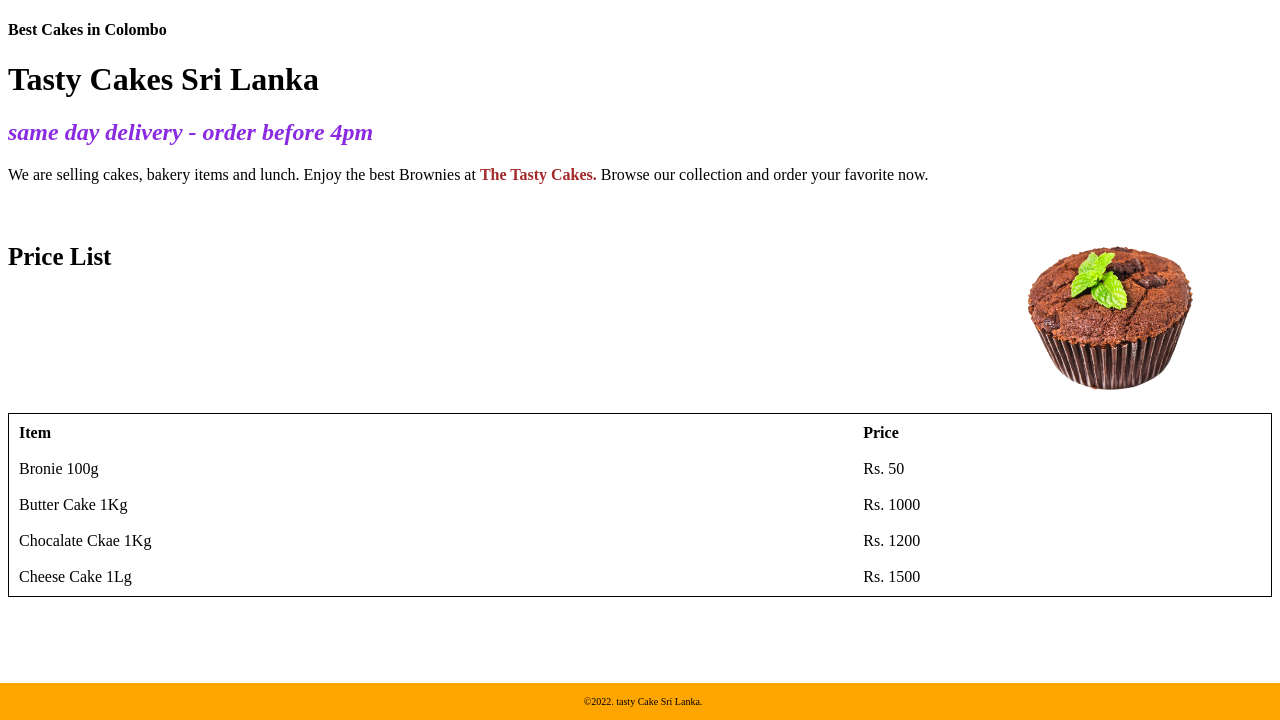
Repository: DhananjayaLakshan/Uom-Web_Design_For_Beginners
Page: work01/index.html
The author's editor kept a copy of each file at every save. The page is drawn from the files as they stood at one save, then again after the next save.
The browser window is 1280 px wide. The pictures show the whole page.

Above is the page before, as saved 2023-11-24 18:32:07.

### work01/index.html
<!DOCTYPE html>
<html lang="en">
<head>
    <title>Tasty Cakes Sri Lanka</title>
    <link rel="stylesheet" type="text/css" href="styles.css">
</head>
<body>
    <h4>Best Cakes in Colombo</h4>
    <h1>Tasty Cakes Sri Lanka</h1>

    <h2 class="tagline">same day delivery - order before 4pm </h2>
    <p>We are selling cakes, bakery items and lunch. Enjoy the best Brownies at <strong style="color: brown;"> The Tasty Cakes.</strong>
        Browse our collection and order your favorite now.</p>

    <img src="image-01.png" width="320px" alt="cake picture"><br>


    <table>
        <p class="pricetopic">Price List</p>

        <tr>
            <th>Item</th>
            <th>Price</th>
        </tr>

        <tr>
            <td>Bronie 100g</td>
            <td>Rs. 50</td>
        </tr>

        <tr>
            <td>Butter Cake 1Kg</td>
            <td>Rs. 1000</td>
        </tr>

        <tr>
            <td>Chocalate Ckae 1Kg</td>
            <td>Rs. 1200</td>
        </tr>

        <tr>
            <td>Cheese Cake 1Lg</td>
            <td>Rs. 1500</td>
        </tr>

    </table>

    <footer>
        <p>&copy;2022. tasty Cake Sri Lanka.</p>
    </footer>


</body>
</html>

### work01/styles.css
.tagline{
    color: blueviolet;
    font-style: italic;
}

img{
    float: right;
}

.pricetopic{
    font-size: 25px;
    font-weight: bold;
}

table{
    border: 1px solid black;
    width: 100%;

}

td,th{
    text-align: left;
    padding: 8px;
}

footer{
    text-align: center;
    font-family: 'Times New Roman', Times, serif;
    font-size: 10px;
    padding: 3px;
    background-color: orange;
    color:black;
    position: fixed;
    bottom: 0;
    left: 0;
    width: 100%;

}

After the next save:
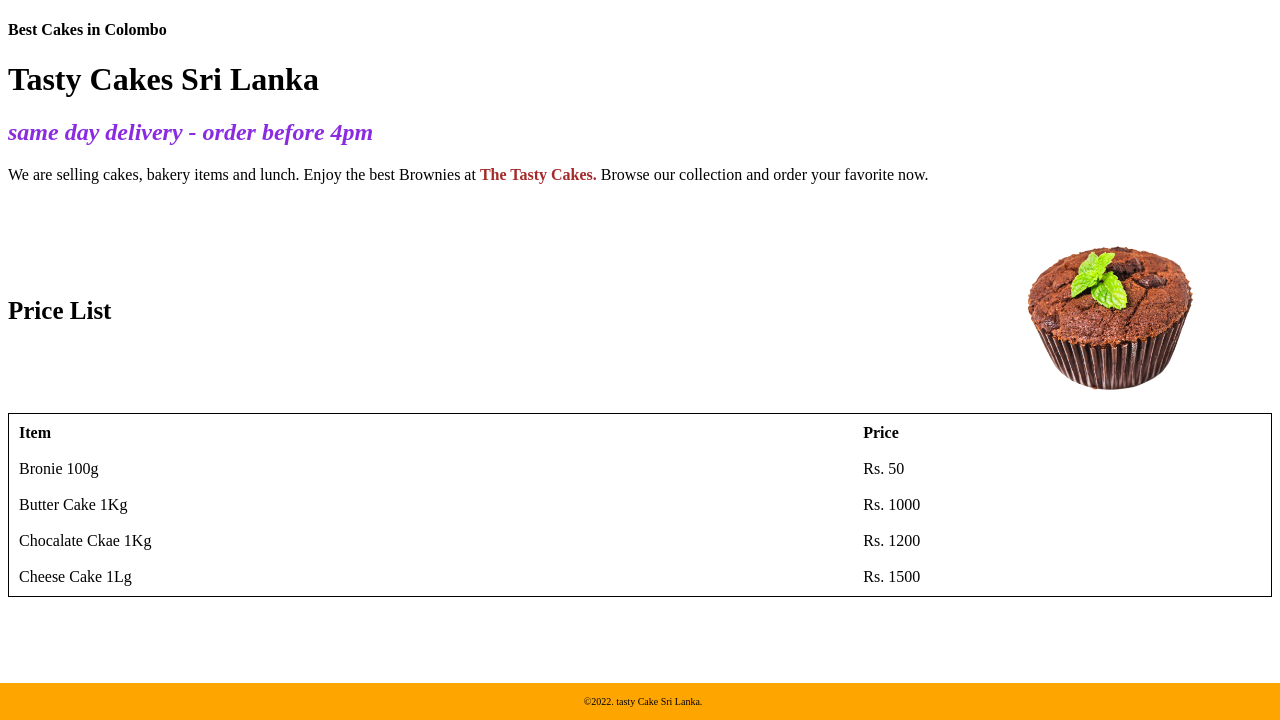
Saved 8 s later.
--- a/work01/index.html
+++ b/work01/index.html
@@ -12,7 +12,7 @@
     <p>We are selling cakes, bakery items and lunch. Enjoy the best Brownies at <strong style="color: brown;"> The Tasty Cakes.</strong>
         Browse our collection and order your favorite now.</p>
 
-    <img src="image-01.png" width="320px" alt="cake picture"><br>
+    <img src="image-01.png" width="320px" alt="cake picture"><br><br><br><br>
 
 
     <table>
